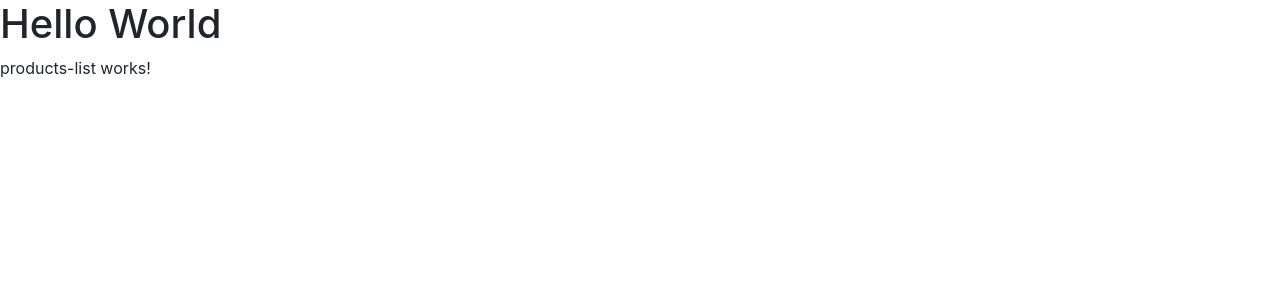
Repository: Anzal-F/midterm2
Page: / (app in client/)
An editor plug-in stored every save of this project. The page is shown before and after the next save, followed by the edit.
The browser window is 1280 px wide. The pictures show the whole page.
The project was rebuilt for these pictures with package versions that can differ from the ones it lists, and the page was loaded fresh each time. Also part of the build but not shown: client/angular.json, client/src/app/components/product-details/product-details.component.ts, client/src/app/components/add-product/add-product.component.ts.

Above is the page before, as saved 2023-06-16 12:45:36.

After the next save:
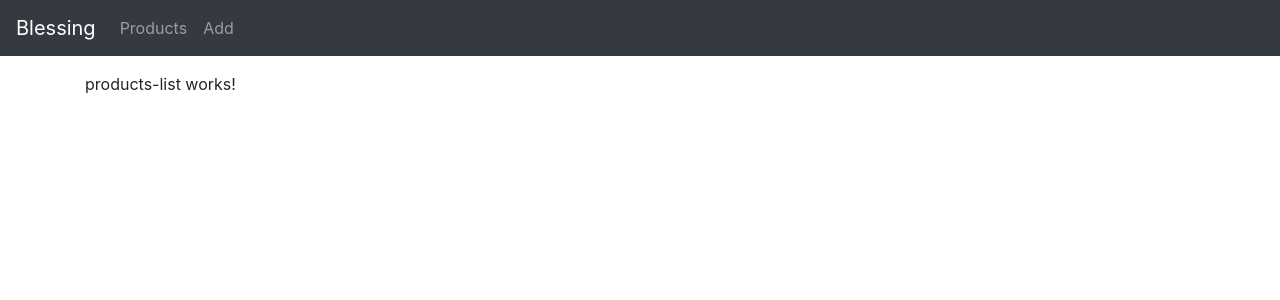
Saved 98 s later.
--- a/client/src/app/app.component.html
+++ b/client/src/app/app.component.html
@@ -1,3 +1,17 @@
-<h1>Hello World</h1>
+<div>
+  <nav class="navbar navbar-expand navbar-dark bg-dark">
+    <a href="#" class="navbar-brand">Blessing</a>
+    <div class="navbar-nav mr-auto">
+      <li class="nav-item">
+        <a routerLink="products" class="nav-link">Products</a>
+      </li>
+      <li class="nav-item">
+        <a routerLink="add" class="nav-link">Add</a>
+      </li>
+    </div>
+  </nav>
 
-<router-outlet></router-outlet>
+  <div class="container mt-3">
+    <router-outlet></router-outlet>
+  </div>
+</div>
